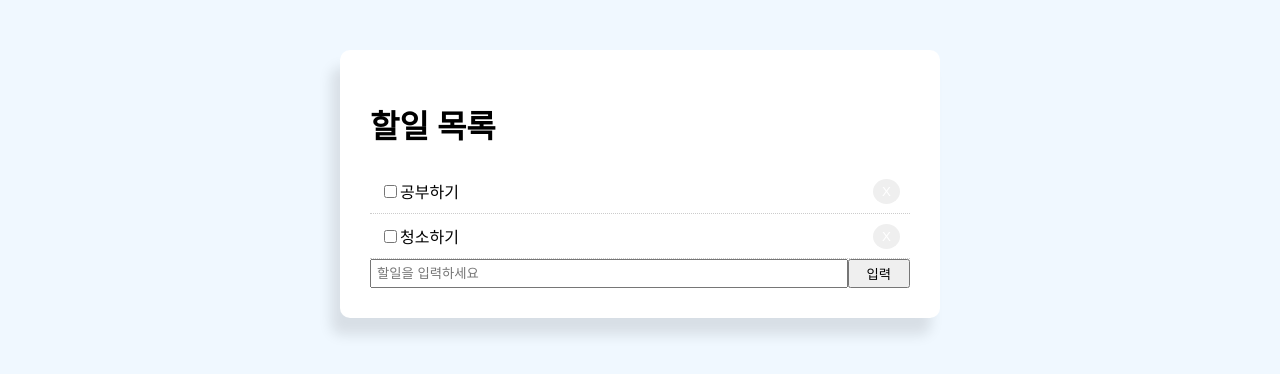
Repository: siwon9898/react-learn
Page: /
These files come from the project's save history. The page is drawn as it stood at one moment and after the next save; the edit follows.
The browser window is 1280 px wide. The pictures show the whole page.
The project was rebuilt for these pictures with package versions that can differ from the ones it lists, and the page was loaded fresh each time.

Above is the page before, as saved 2023-03-29 13:24:58.

### public/index.html
<!-- 페이지 템플릿 -->
<!DOCTYPE html>
<html lang="en">
  <head>
    <meta charset="utf-8" />
    <link rel="icon" href="%PUBLIC_URL%/favicon.ico" />
    <meta name="viewport" content="width=device-width, initial-scale=1" />
    <meta name="theme-color" content="#000000" />
    <meta
      name="description"
      content="Web site created using create-react-app"
    />
    <link rel="apple-touch-icon" href="%PUBLIC_URL%/logo192.png" />
    <!--
      manifest.json provides metadata used when your web app is installed on a
      user's mobile device or desktop. See https://developers.google.com/web/fundamentals/web-app-manifest/
    -->
    <link rel="manifest" href="%PUBLIC_URL%/manifest.json" />
    <!--
      Notice the use of %PUBLIC_URL% in the tags above.
      It will be replaced with the URL of the `public` folder during the build.
      Only files inside the `public` folder can be referenced from the HTML.

      Unlike "/favicon.ico" or "favicon.ico", "%PUBLIC_URL%/favicon.ico" will
      work correctly both with client-side routing and a non-root public URL.
      Learn how to configure a non-root public URL by running `npm run build`.
    -->
    <title>React App</title>
  </head>
  <body>
    <noscript>You need to enable JavaScript to run this app.</noscript>
    <div id="root"></div>
    <!--
      This HTML file is a template.
      If you open it directly in the browser, you will see an empty page.

      You can add webfonts, meta tags, or analytics to this file.
      The build step will place the bundled scripts into the <body> tag.

      To begin the development, run `npm start` or `yarn start`.
      To create a production bundle, use `npm run build` or `yarn build`.
    -->
  </body>
</html>

### src/index.js
//js 시작점
import React from 'react';
import ReactDOM from 'react-dom/client';
import './index.css';
import App from './App';
import reportWebVitals from './reportWebVitals';

const root = ReactDOM.createRoot(document.getElementById('root'));
root.render(
  <React.StrictMode>
    <App />
  </React.StrictMode>
);

// If you want to start measuring performance in your app, pass a function
// to log results (for example: reportWebVitals(console.log))
// or send to an analytics endpoint. Learn more: https://bit.ly/CRA-vitals
reportWebVitals();

### src/App.js
import React, { Component } from "react";
import "./App.css";
export default class App extends Component {
  btnStyle = {
    color: "#fff",
    border: "none",
    padding: "5px 9px",
    borderRadius: "50%",
    cursor: "pointer",
    float: "right",
  };

  getStyle = () => {
    return {
      padding: "10px",
      borderBottom: "1px #ccc dotted",
      textDecoration: "none",
    };
  };

  state = {
    todoData: [
      {
        id: "1",
        title: "공부하기",
        completed: true,
      },
      {
        id: "2",
        title: "청소하기",
        completed: false,
      },
    ],
  };

  handleClick = (id) => {
    let newTodoData = this.state.todoData.filter((data) => data.id !== id);
    this.setState({ todoData: newTodoData });
  };
  render() {
    return (
      <div className="container">
        <div className="todoBlock">
          <div className="title">
            <h1>할일 목록</h1>
          </div>
          {/* map은 배열 요소를 함수를 거쳐 새로운 배열을 반환해준다 */}
          {this.state.todoData.map((data) => (
            <div style={this.getStyle()} key={data.id}>
              {/* 여러개의 객체를 넣을때는 unique한 key prop이 있어야함 */}
              <input type="checkbox" defaultChecked={false} />
              {data.title}
              {/* 중괄호로 넣어야 실제 데이터가 들어감 */}
              <button
                style={this.btnStyle}
                onClick={() => this.handleClick(data.id)}
              >
                X
              </button>
            </div>
          ))}

          <form style={{ display: "flex" }}>
            <input
              type="text"
              name="value"
              placeholder="할일을 입력하세요"
              style={{ flex: "10", padding: "5px" }}
              value=""
            />
            <input
              type="submit"
              value="입력"
              className="btn"
              style={{ flex: "1" }}
            />
          </form>
        </div>
      </div>
    );
  }
}

### src/App.css

.container {
  margin: auto;
  max-width: 600px;
}

.todoBlock {
  padding: 30px;
  margin-top: 50px;
  background-color: #fff;
  border-radius: 10px;
  box-shadow: -9px 17px 13px rgb(0,0,0,0.1);
}

Loaded but not shown: src/index.css (common file); src/reportWebVitals.js (common file)

After the next save:
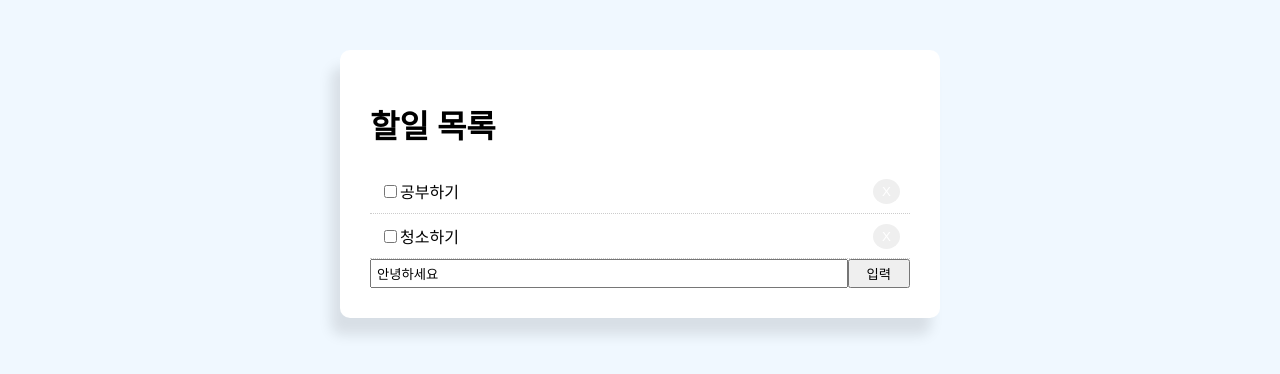
Saved 39 s later.
--- a/src/App.js
+++ b/src/App.js
@@ -66,7 +66,7 @@
               name="value"
               placeholder="할일을 입력하세요"
               style={{ flex: "10", padding: "5px" }}
-              value=""
+              value="안녕하세요"
             />
             <input
               type="submit"

After the save that followed:
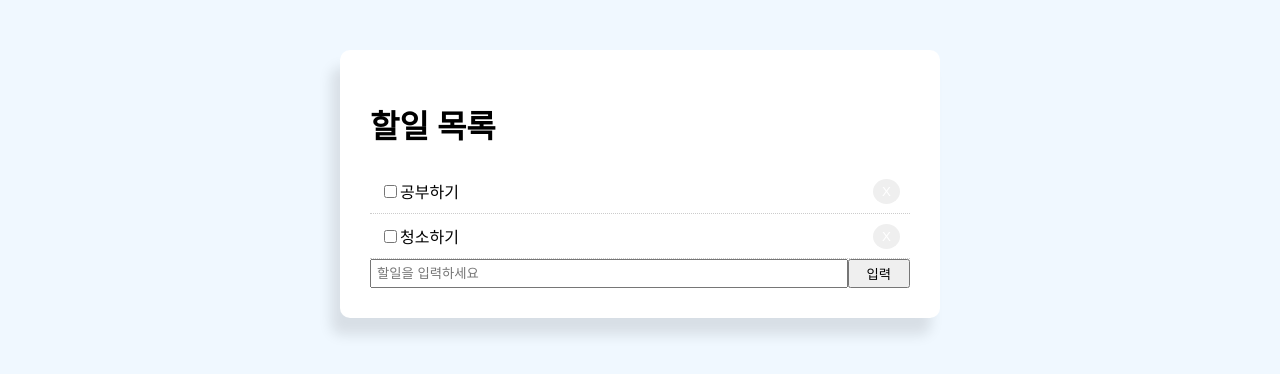
Saved 15 s later.
--- a/src/App.js
+++ b/src/App.js
@@ -66,7 +66,7 @@
               name="value"
               placeholder="할일을 입력하세요"
               style={{ flex: "10", padding: "5px" }}
-              value="안녕하세요"
+              value=""
             />
             <input
               type="submit"
